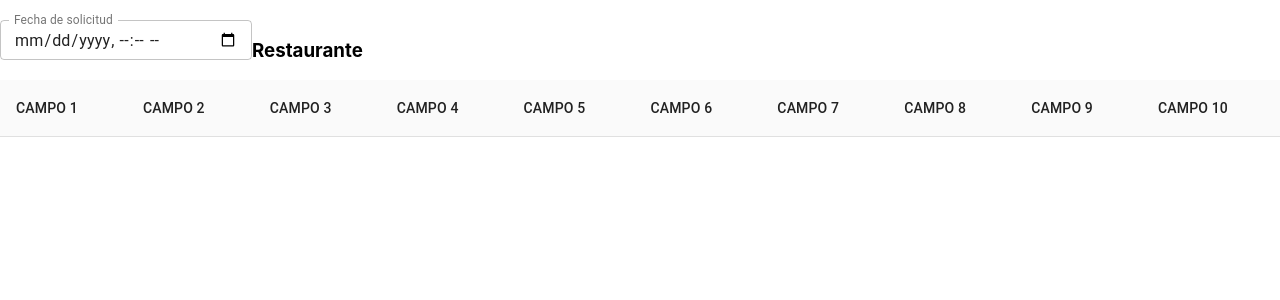
Repository: rafaelpc13/FRONT_RFNEW
Page: /
An editor plug-in stored every save of this project. The page is shown before and after the next save, followed by the edit.
The browser window is 1280 px wide. The pictures show the whole page.
The project was rebuilt for these pictures with package versions that can differ from the ones it lists, and the page was loaded fresh each time. Also part of the build but not shown: src/App.css.

Above is the page before, as saved 2022-10-29 11:28:26.

After the next save:
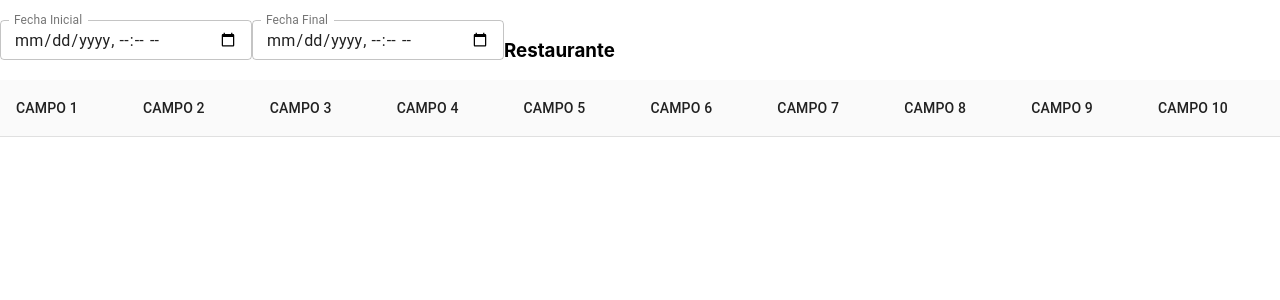
Saved 34 s later.
--- a/src/App.js
+++ b/src/App.js
@@ -5,10 +5,20 @@ import { Input, TextField } from '@material-ui/core'
 function App() {
   return (
     <div className="App">
-      <div  style={{ display: 'flex', marginTop: '20px' }}>
+      <div style={{ display: 'flex', marginTop: '20px' }}>
         <TextField
           type="datetime-local"
-          label="Fecha de solicitud"
+          label="Fecha Inicial"
+          variant="outlined"
+          size="small"
+          InputLabelProps={{
+            shrink: true
+          }}
+        />
+
+        <TextField
+          type="datetime-local"
+          label="Fecha Final"
           variant="outlined"
           size="small"
           InputLabelProps={{
